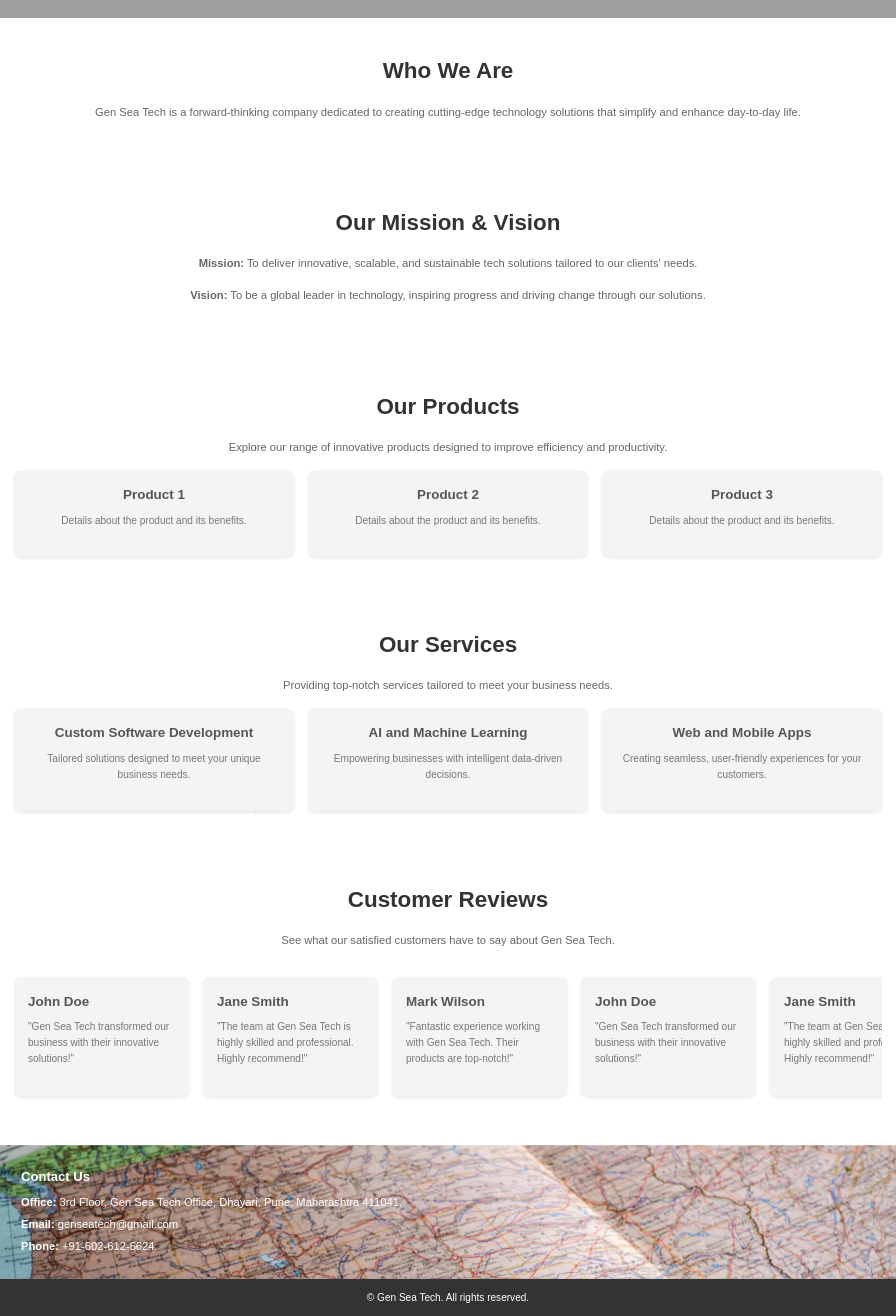
Repository: aniketkhatawkar/Gen_Sea_Tech
Page: http://localhost/GenSeaTech/
These files come from the project's save history. The page is drawn as it stood at one moment and after the next save; the edit follows.
The browser window is 1280 px wide. The pictures show the part of the page from y = 700 to 2620 px (the page is 2580 px tall before and 2620 px after), at 70% of full size.
Pictures or frames that could not be fetched are drawn as grey boxes. The page is served by Tomcat 10.

Above is the page before, as saved 2024-12-16 08:16:17.

After the next save:
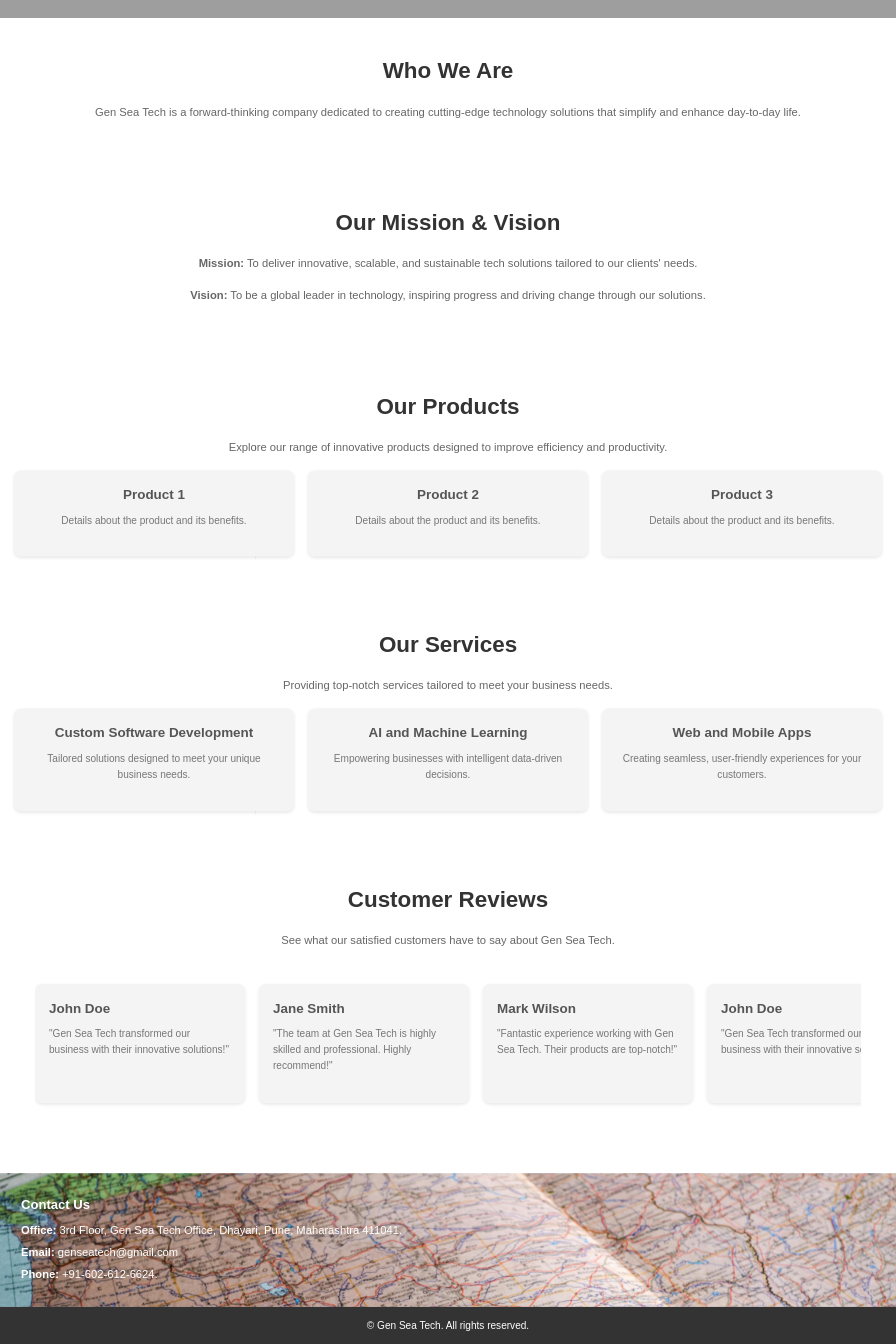
Saved 92 s later.
--- a/GenSeaTech/src/main/webapp/home.jsp
+++ b/GenSeaTech/src/main/webapp/home.jsp
@@ -139,12 +139,13 @@
 	.scroll-container {
         display: flex;
         overflow-x: auto;
+        margin: 30px;
         gap: 20px;
         padding: 20px 0;
     }
 
     .review-card {
-        min-width: 250px;
+        min-width: 300px;
         background: #f4f4f4;
         padding: 20px;
         border-radius: 10px;
